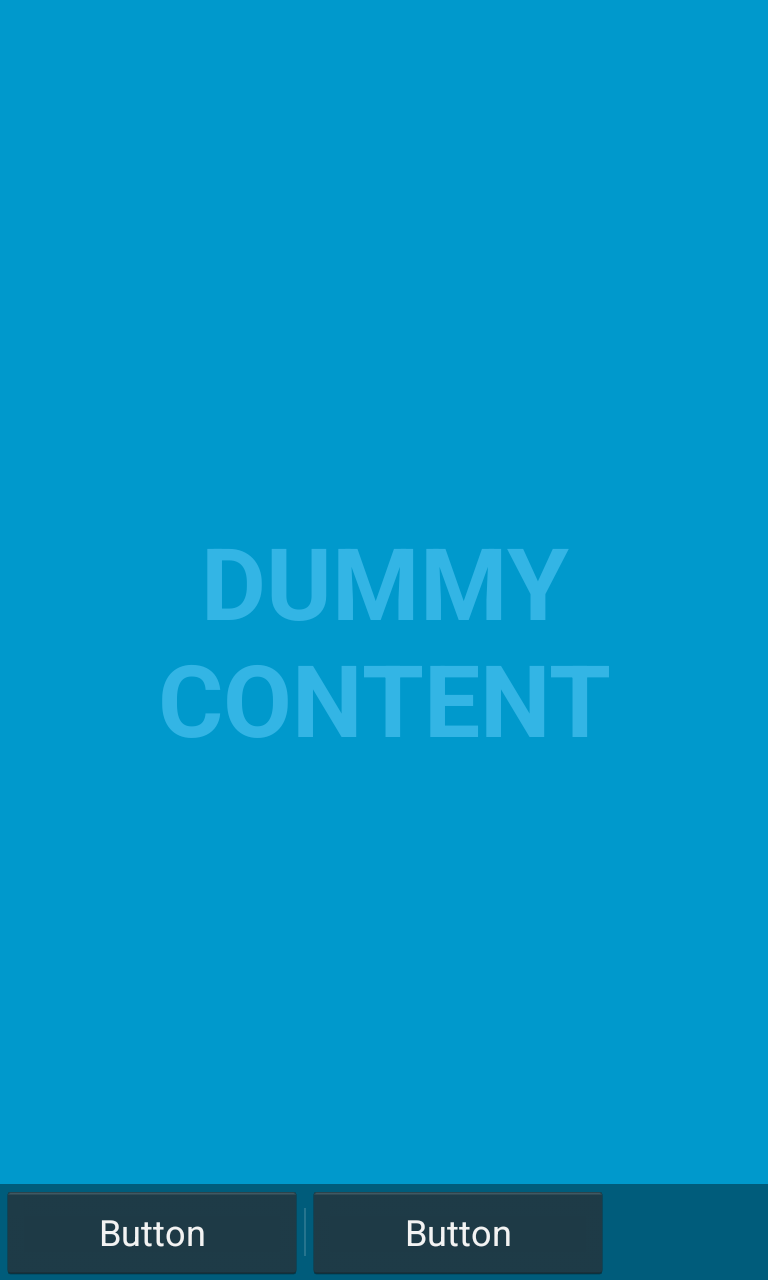
Repository: fedecarossino/seriesHook
Layout: SeriesHook/res/layout/activity_fullscreen.xml
An editor plug-in stored every save of this project. The layout is shown before and after the next save, followed by the edit.
It is drawn on a 768 x 1280 px phone screen (xhdpi) without system bars, with theme FullscreenTheme; the app's code is not run.

Above is the layout before, as saved 2013-05-11 02:39:58.

### SeriesHook/res/layout/activity_fullscreen.xml
<FrameLayout xmlns:android="http://schemas.android.com/apk/res/android"
    xmlns:tools="http://schemas.android.com/tools"
    android:layout_width="match_parent"
    android:layout_height="match_parent"
    android:background="#0099cc"
    tools:context=".FullscreenActivity" >

    <!--
         The primary full-screen view. This can be replaced with whatever view
         is needed to present your content, e.g. VideoView, SurfaceView,
         TextureView, etc.
    -->

    <TextView
        android:id="@+id/fullscreen_content"
        android:layout_width="match_parent"
        android:layout_height="match_parent"
        android:gravity="center"
        android:keepScreenOn="true"
        android:text="@string/dummy_content"
        android:textColor="#33b5e5"
        android:textSize="50sp"
        android:textStyle="bold" />

    <!--
         This FrameLayout insets its children based on system windows using
         android:fitsSystemWindows.
    -->

    <FrameLayout
        android:layout_width="match_parent"
        android:layout_height="match_parent"
        android:fitsSystemWindows="true" >

        <LinearLayout
            android:id="@+id/fullscreen_content_controls"
            style="?buttonBarStyle"
            android:layout_width="match_parent"
            android:layout_height="wrap_content"
            android:layout_gravity="bottom|center_horizontal"
            android:background="@color/black_overlay"
            android:orientation="horizontal"
            tools:ignore="UselessParent" >

            <Button
                android:id="@+id/button1"
                android:layout_width="152dp"
                android:layout_height="wrap_content"
                android:text="Button" />

            <Button
                android:id="@+id/button2"
                android:layout_width="152dp"
                android:layout_height="wrap_content"
                android:text="Button" />

        </LinearLayout>

    </FrameLayout>

</FrameLayout>

### SeriesHook/res/values/strings.xml
<?xml version="1.0" encoding="utf-8"?>
<resources>

    <string name="app_name">SeriesHook</string>
    <string name="dummy_button">Dummy Button</string>
    <string name="dummy_content">DUMMY\nCONTENT</string>

</resources>

Loaded but not shown: SeriesHook/res/values-v11/styles.xml (common file); SeriesHook/res/values/styles.xml (common file); SeriesHook/res/values/colors.xml (common file)

After the next save:
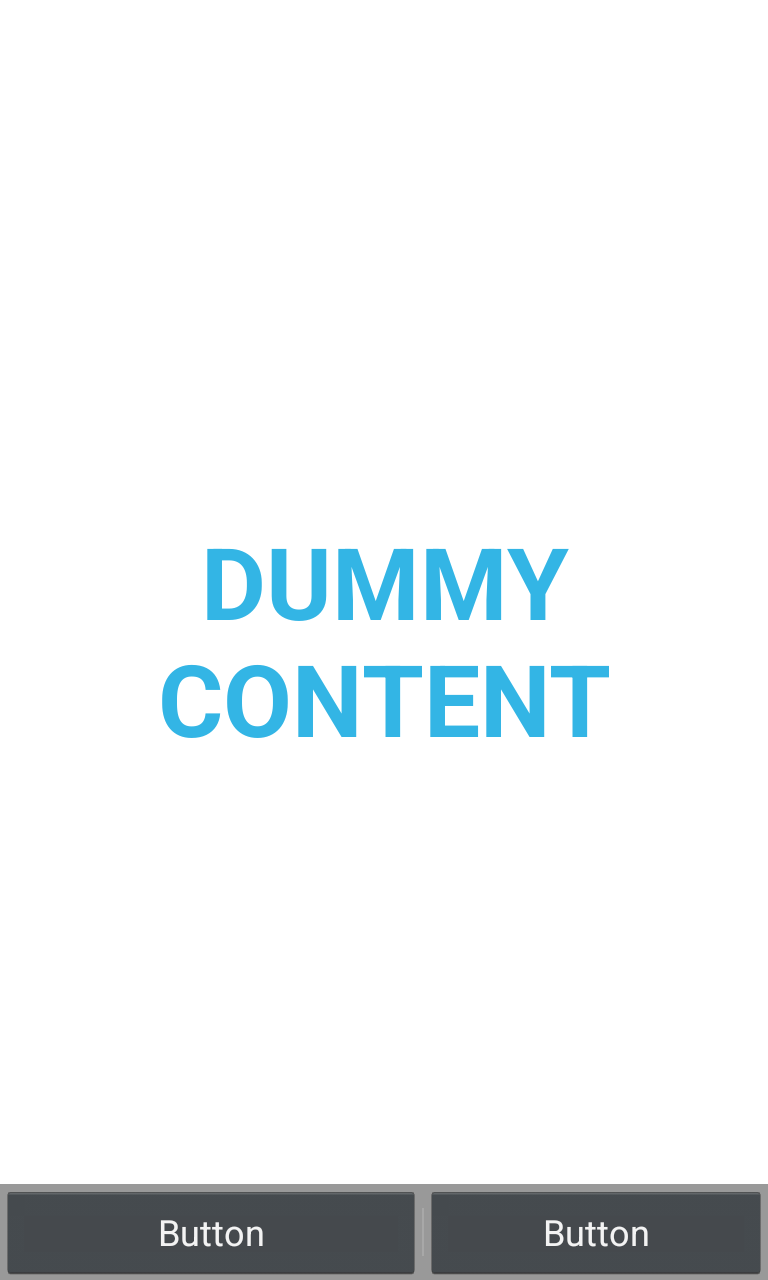
Saved 2 min 28 s later.
--- a/SeriesHook/res/layout/activity_fullscreen.xml
+++ b/SeriesHook/res/layout/activity_fullscreen.xml
@@ -2,7 +2,7 @@
     xmlns:tools="http://schemas.android.com/tools"
     android:layout_width="match_parent"
     android:layout_height="match_parent"
-    android:background="#0099cc"
+    android:background="#FFFFFFF"
     tools:context=".FullscreenActivity" >
 
     <!--
@@ -46,16 +46,23 @@
                 android:id="@+id/button1"
                 android:layout_width="152dp"
                 android:layout_height="wrap_content"
+                android:layout_weight="0.78"
                 android:text="Button" />
 
             <Button
                 android:id="@+id/button2"
                 android:layout_width="152dp"
                 android:layout_height="wrap_content"
+                android:layout_weight="0.26"
                 android:text="Button" />
 
         </LinearLayout>
 
+        <FrameLayout
+            android:layout_width="match_parent"
+            android:layout_height="53dp" >
+        </FrameLayout>
+
     </FrameLayout>
 
 </FrameLayout>
